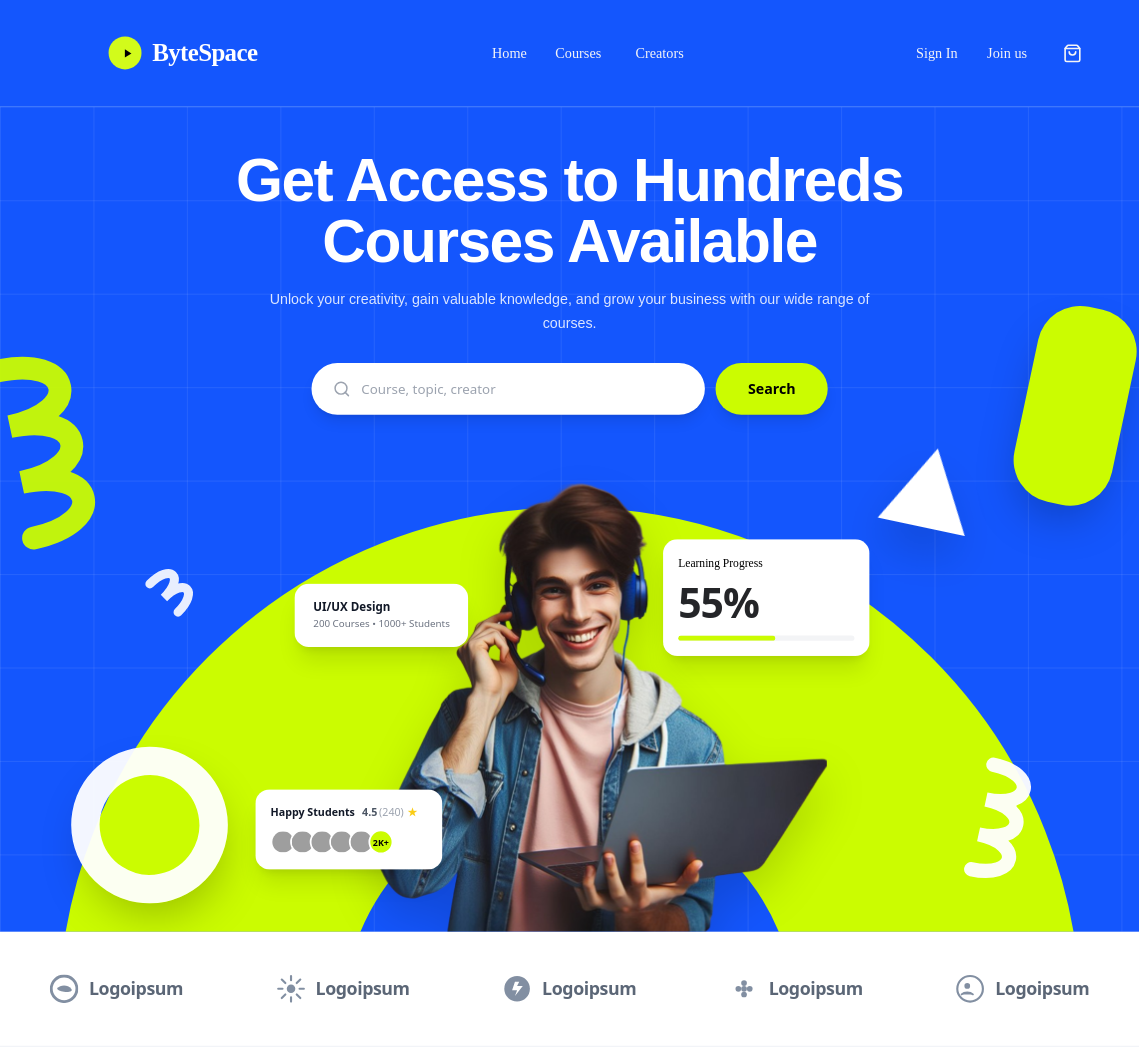
Repository: mdkawsarjomadder/bytespace
Page: /
An editor plug-in stored every save of this project. The page is shown before and after the next save, followed by the edit.
The browser window is 1280 px wide. The pictures show the whole page, at 89% of full size.
Pictures or frames that could not be fetched are drawn as grey boxes. Some web fonts or font styles are not loaded; a fallback is used. The project was rebuilt for these pictures with package versions that can differ from the ones it lists, and the page was loaded fresh each time. Also part of the build but not shown: vite.config.js.

Above is the page before, as saved 2026-09-29 19:10:02.

After the next save:
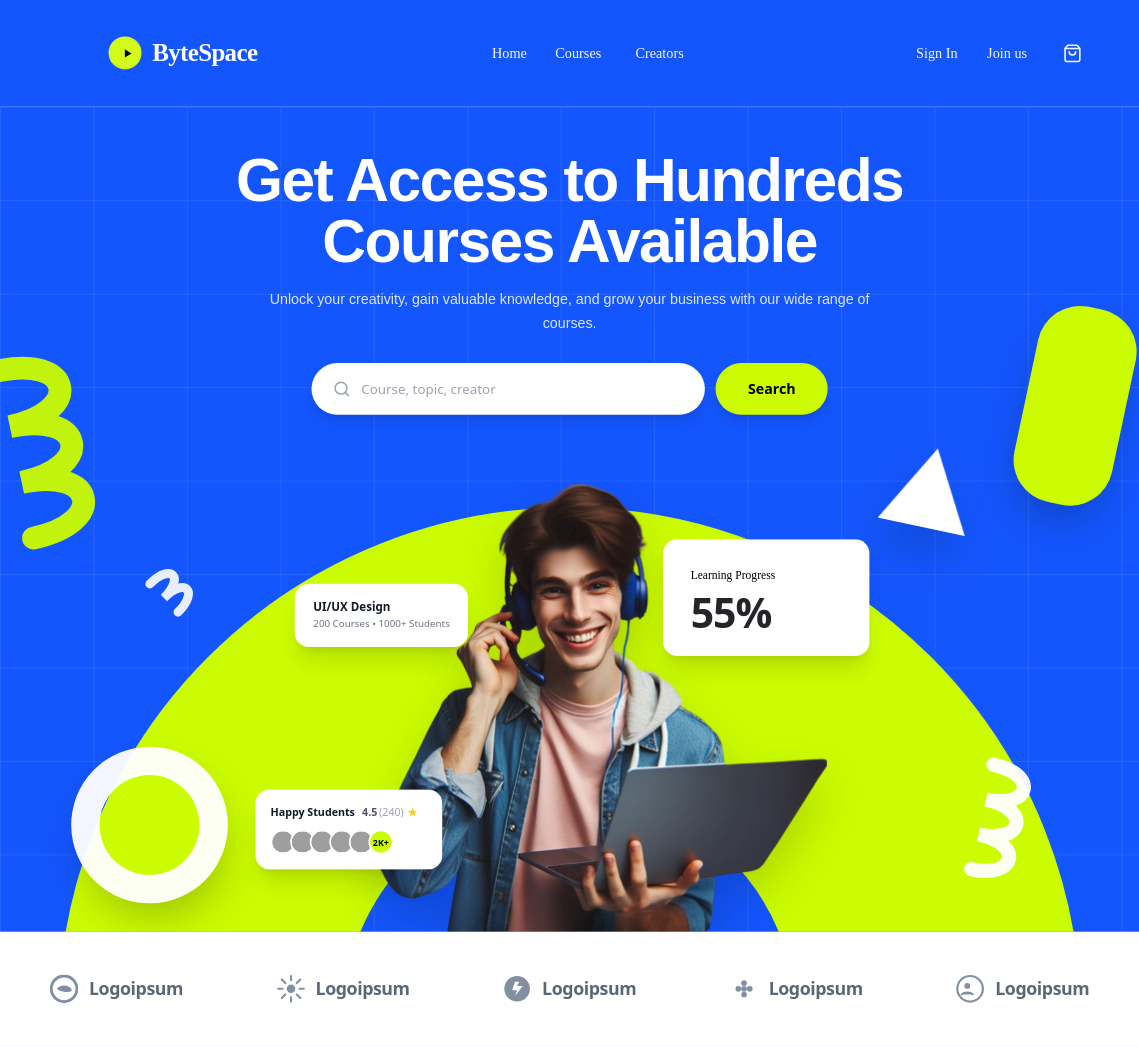
Saved 11 s later.
--- a/src/components/Hero.jsx
+++ b/src/components/Hero.jsx
@@ -160,7 +160,7 @@ const Hero = () => {
             style={{
               width: '232px',
               height: '131px',
-              padding: '16px',
+              padding: '30px',
               button: '100px',
               gap: '8px',
             }}
